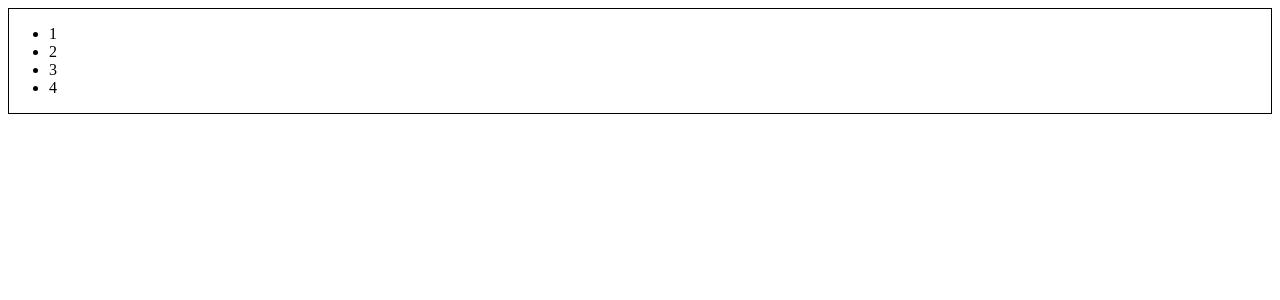
Repository: 572031690/newvue
Page: 学习demo/08-滚轮事件.html
The author's editor kept a copy of each file at every save. The page is drawn from the files as they stood at one save, then again after the next save.
The browser window is 1280 px wide. The pictures show the whole page.

Above is the page before, as saved 2021-07-30 11:14:42.

After the next save:
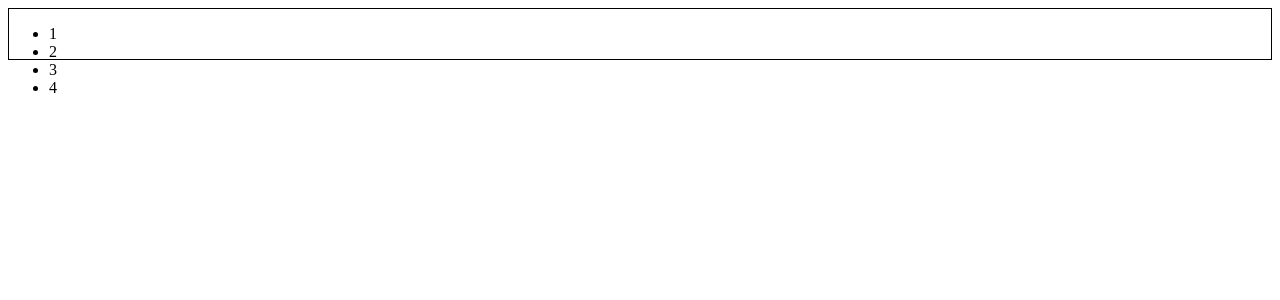
Saved 9 s later.
--- a/学习demo/08-滚轮事件.html
+++ b/学习demo/08-滚轮事件.html
@@ -31,7 +31,8 @@
 	</body>
   <style>
     div {
-      border: 1px solid black;
+      border: 1px solid black ;
+      height: 50px;
     }
   </style>
 </html>
